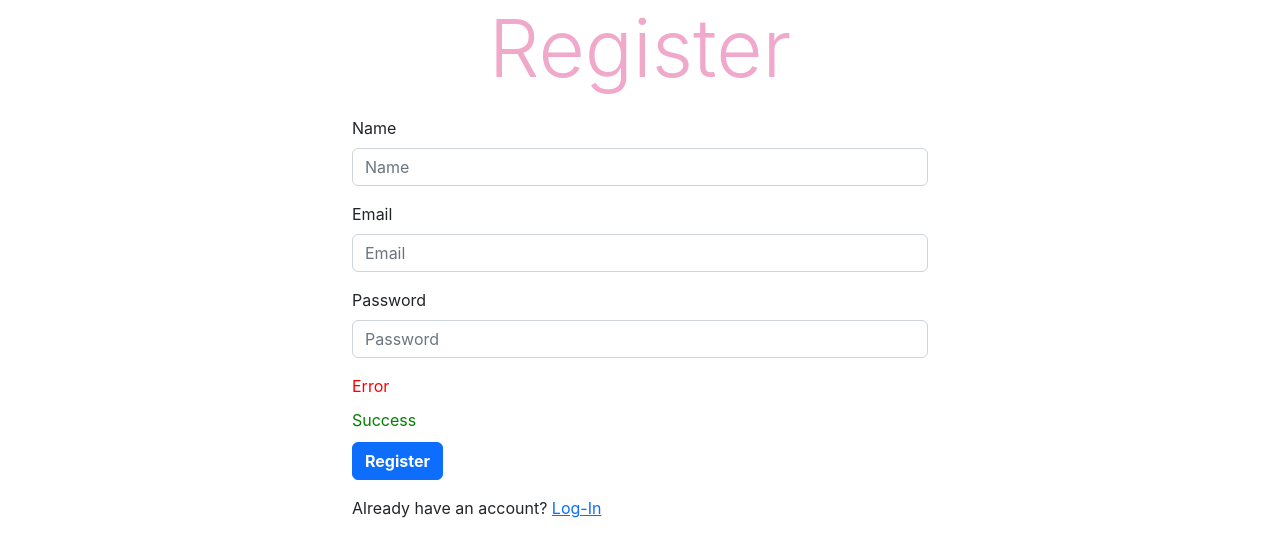
Repository: LolaSL/multi-niche-blog
Page: /register (app in frontend/)
The author's editor kept a copy of each file at every save. The page is drawn from the files as they stood at one save, then again after the next save.
The browser window is 1280 px wide. The pictures show the whole page.
The project was rebuilt for these pictures with package versions that can differ from the ones it lists, and the page was loaded fresh each time. Also part of the build but not shown: frontend/src/pages/Login.jsx, frontend/src/pages/Post.jsx, frontend/src/pages/CreatePost.jsx, frontend/src/pages/Home.jsx, frontend/src/components/Navbars.jsx, frontend/src/components/Footer.jsx.

Above is the page before, as saved 2023-01-29 09:39:27.

After the next save:
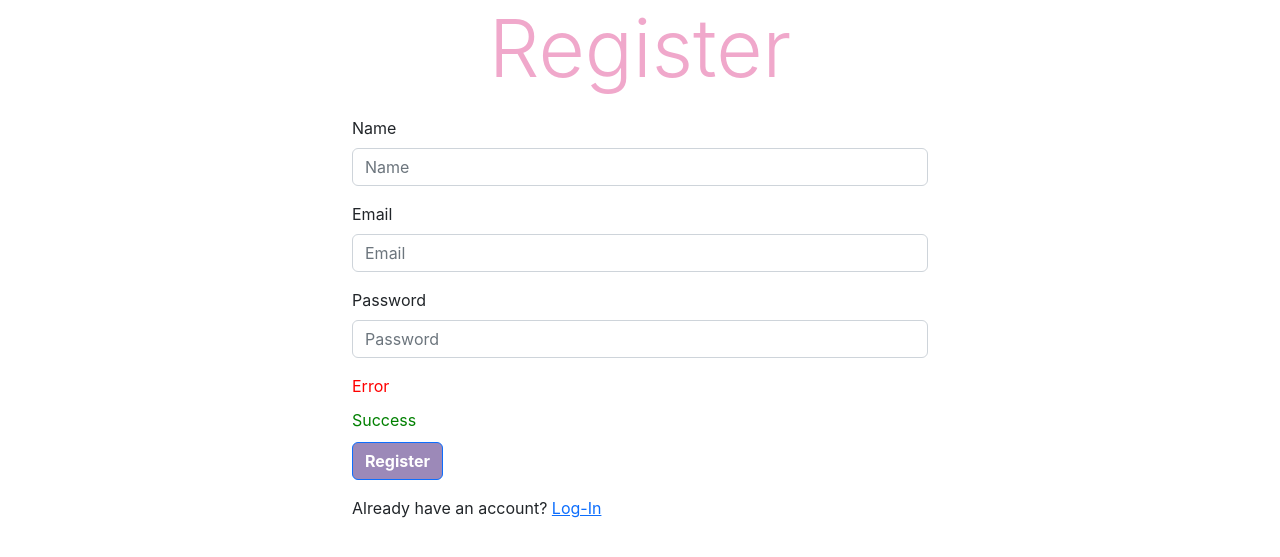
Saved 4 s later.
--- a/frontend/src/index.css
+++ b/frontend/src/index.css
@@ -32,12 +32,12 @@ h1 {
   max-width: 600px;
 }
 .btn {
-
+ background-color: hsl(264, 25%, 63%);
   font-weight: bold;
   color: white;
 }
 .btn:hover {
-  background-color: hsl(264, 25%, 63%);  background-color: teal;
+   background-color: teal;
   font-weight: bold;
 }
 
